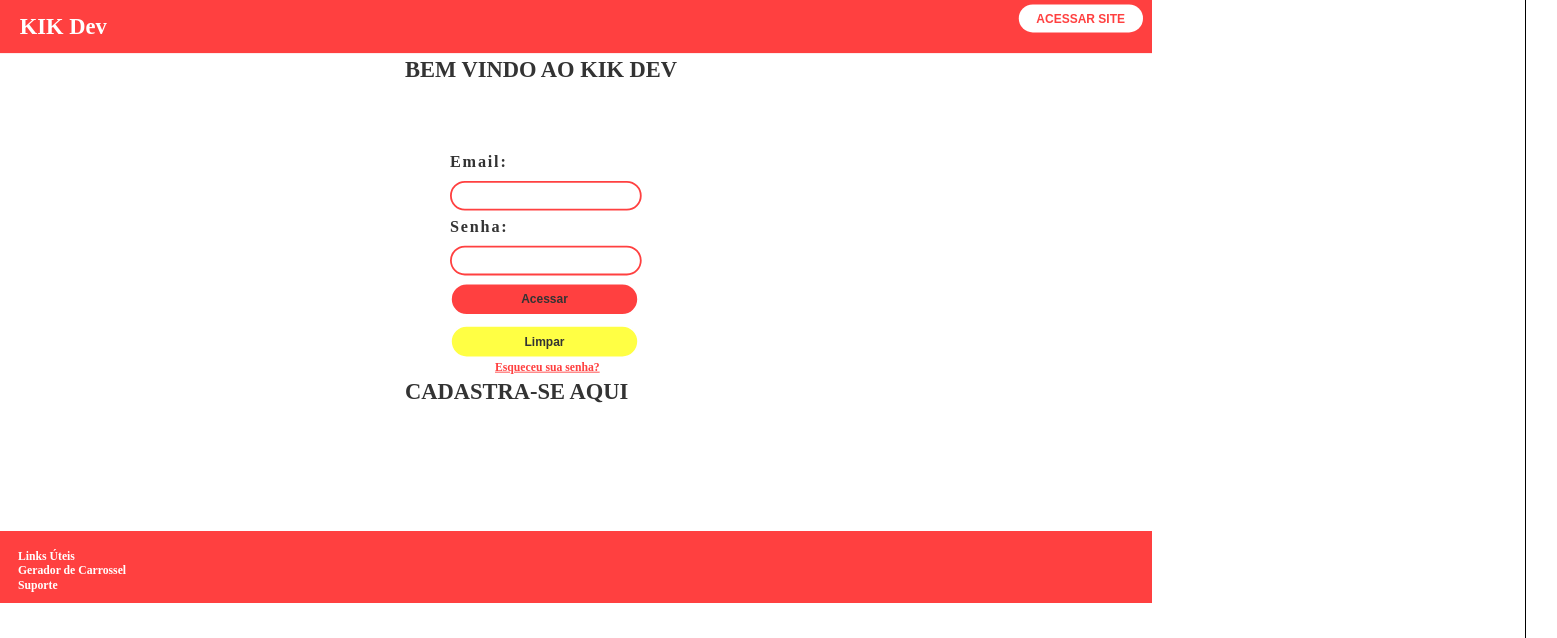
Repository: devgabrielvieira/kikdev
Page: index.html
An editor plug-in stored every save of this project. The page is shown before and after a run of saves, followed by the edit.
The browser window is 1280 px wide. The page is 1730 px wide, then 1280 px, so the pictures cover 1730 px, including what lies to the right of the window. The pictures show the whole page, at 90% of full size.

Above is the page before, as saved 2022-10-30 20:48:29.

### index.html
<!DOCTYPE html>
<html lang="pt-br">

<head>
    <meta charset="UTF-8">
    <meta http-equiv="X-UA-Compatible" content="IE=edge">
    <meta name="viewport" content="width=device-width, initial-scale=1.0">
    <link rel="shortcut icon" href="imagens/favicon.ico" type="image/x-icon">
    <link rel="stylesheet" href="style.css">
    <link rel="stylesheet" href="style-mobile.css">
    <script src="script_processo.js"></script>
    <title>KIK Dev</title>

</head>

<body id="pag_processos" onload="dimensaoTela()">

    <div class="header-index">
        <a href="#Default" class="logo">KIK Dev</a>

        <button type="submit" name="name" class="button-right"><strong>ACESSAR SITE</strong></a></button>

    </div>
    <h3>BEM VINDO AO KIK DEV</h3>
    <div class="conteudo">
        <!--abrimos a div conteúdo-->

        <div class="login">
            <label for="username">Email:</label>
            <input type="text" id="username" name="username">
            <label for="pass">Senha:</label>
            <input type="password" id="pass" name="password" minlength="8" required>
            <input class="btn-acessar" type="submit" value="Acessar">
            <input class="btn-limpar" type="reset" value="Limpar">
        </div>
        <a href="recuperar-senha.html" target="_self" rel="next" class="href">Esqueceu sua senha?</a>

    <h3>CADASTRA-SE AQUI</h3>
    </div>
    <!--aqui fechamos a div conteudo-->

    <footer class="footer">
        <strong>
            <p>Links Úteis</p>
        </strong>
        <strong>
            <p>Gerador de Carrossel</p>
        </strong>
        <strong>
            <p>Suporte</p>
        </strong>
    </footer>

</body>

</html>

### style.css
@charset "UTF-8";

* {
  margin: 0;
  padding: 0;
}

html {
  margin: 0;
  padding: 0;
}

.header {
  overflow: hidden;
  background-color: #ff4040;
  padding: 20px 10px;
}

.header a {
  float: left;
  color: #fff;
  text-align: center;
  padding: 12px;
  text-decoration: none;
  font-size: 18px;
  line-height: 25px;
  border-radius: 4px;
}

.header a.logo {
  font-size: 25px;
  font-weight: bold;
}

.header a:hover {
  background-color: #ddd;
  color: #333333;
}

.header a.active {
  background-color: #d8d7d7;
  color: #fff;
}

.header-right {
  float: right;
}

.button-right {
  float: right;
  padding: 8px 20px;
  border: #d8d7d7;
  border-radius: 50px;
  color: #ff4040;
  background-color: #fff;
}

.header-index {
  overflow: hidden;
  background-color: #ff4040;
  padding: 5px 10px;
}

.header-index a {
  float: left;
  color: #fff;
  text-align: center;
  padding: 12px;
  text-decoration: none;
  font-size: 18px;
  line-height: 25px;
  border-radius: 4px;
}

.header-index a.logo {
  font-size: 25px;
  font-weight: bold;
}

.header-index a:hover {
  background-color: #ddd;
  color: #333333;
}

.header-index a.active {
  background-color: #d8d7d7;
  color: #fff;
}

.conteudo {
  width: 100%;
  height: 450px;
  overflow: hidden;
  background-color: #fff;
}

/* .conteudo img {
    width: 100%;
    background-color: #fff;
    margin: 2px 0 0 0;
    padding: 0;
    position: relative;
    height: 15.5rem;
} */

.footer {
  width: auto;
  background-color: #ff4040;
  padding: 20px 10px;
  position: relative;
  height: 2.5rem;
  bottom: -50px;
}

p {
  font-size: 13px;
  margin: 0 0 0 10px;
  float: none;
  overflow: hidden;
  color: #fff;
}

label {
  margin: 10px 50px 0 500px;
  display: block;
  letter-spacing: 2px;
  font-size: 18px;
  color: #333333;
  margin-bottom: 3px;
  font-weight: bold;
}

input[type="submit"],
label {
  margin: 5px 50px 0 500px;
  margin-top: 0.5rem;
  color: #333333;
}

input {
  margin: 10px 50px 0 500px;
  caret-color: #222;
  color: #333333;
  border: 2px solid #ff4040;
  border-radius: 36px;
  padding: 7px 15px;
  text-align: center;
  font-weight: bold;
}

input:hover {
  border: 2px solid #a0a0a0;
}

.login {
  margin: 80px 0 0 0;
  width: -100%;
}

.btn-acessar {
  margin: 10px 50px 0 500px;
  background: #ff4040;
  border: 2px solid #fff;
  padding: 9px 15px;
  width: 210px;
  max-width: 100%;
}

.btn-limpar {
  margin: 10px 50px 0 500px;
  background: #ff4;
  border: 2px solid #fff;
  padding: 9px 15px;
  width: 210px;
  max-width: 100%;
}

.href {
  margin: 10px 50px 0 500px;
  padding: 19px 50px;
  font-size: 13px;
  font-weight: bold;
  color: #ff4040;
  text-align: center;
  max-width: 100%;
}

h3 {
  font-size: 25px;
  width: 100%;
  display: inline-block;
  /* margin: 5px 0 auto 450px; */
  margin-top: 5px;
  margin-left: 450px;
  margin-bottom: -500px;
  color: #333333;
}

### style-mobile.css
@charset "UTF-8";

@media screen and (max-width: 1200px) {
  * {
    margin: 0;
    padding: 0;
  }

  html {
    margin: 0;
    padding: 0;
  }

  .header-index {
    overflow: hidden;
    background-color: #ff4040;
    padding: 10px 15px;
    height: 5.5rem;
    width: 100%;
  }

  .header a {
    float: none;
    display: block;
    text-align: left;
  }

  .header-index a {
    float: none;
    display: block;
    text-align: left;
  }

  .header-right {
    float: none;
  }

  .button-right {
    float: none;
  }

  .footer {
    float: none;
    bottom: -280px;
    overflow: hidden;
    padding: 10px 15px;
    height: 5.5rem;
    width: 100%;
  }

  /* .conteudo img {
        float: none;
        display: block;
        position: absolute;
        width: 100%;
        background-color: #fff;
        margin: 2px 0 0 0;
        height: 10rem;
    } */

  .login {
    width: 50%;
    display: inline-block;
  }

  label {
    margin-left: 50%;
    margin-bottom: 3px;
    display: block;
    letter-spacing: 2px;
    font-size: 18px;
    color: #333333;
    font-weight: bold;
  }

  input[type="submit"],
  label {
    margin-left: 50%;
    margin-top: 0.5rem;
    color: #333333;
  }

  input {
    margin-left: 50%;
    caret-color: #222;
    color: #333333;
    border: 2px solid #ff4040;
    border-radius: 36px;
    padding: 7px 15px;
    text-align: center;
    font-weight: bold;
  }

  input:hover {
    border: 2px solid #a0a0a0;
  }

  .href {
    margin-left: 30%;
    font-size: 13px;
    font-weight: bold;
    color: #ff4040;
    text-align: center;
    width: 100%;
    padding: 2rem;
  }

  .btn-acessar {
    margin-left: 50%;
    margin-right: 50%;
    background: #ff4040;
    border: 2px solid #fff;
    padding: 9px 15px;
    width: 210px;
    max-width: 100%;
  }

  .btn-limpar {
    margin-left: 50%;
    margin-right: 50%;
    background: #ff4;
    border: 2px solid #fff;
    padding: 9px 15px;
    width: 210px;
    max-width: 100%;
  }

  h3 {
    font-size: 25px;
    width: 100%;
    display: inline-block;
    margin-bottom: 0.1rem;
    margin-left: 15%;
    color: #333333;

  }
}

### script_processo.js
function dimensaoTela(){
    var heightTela = window.innerHeight;
    var widthTela = window.innerWidth;

    document.getElementById('pag_processos').style.minHeight = heightTela+'px';
}

After the next 3 saves:
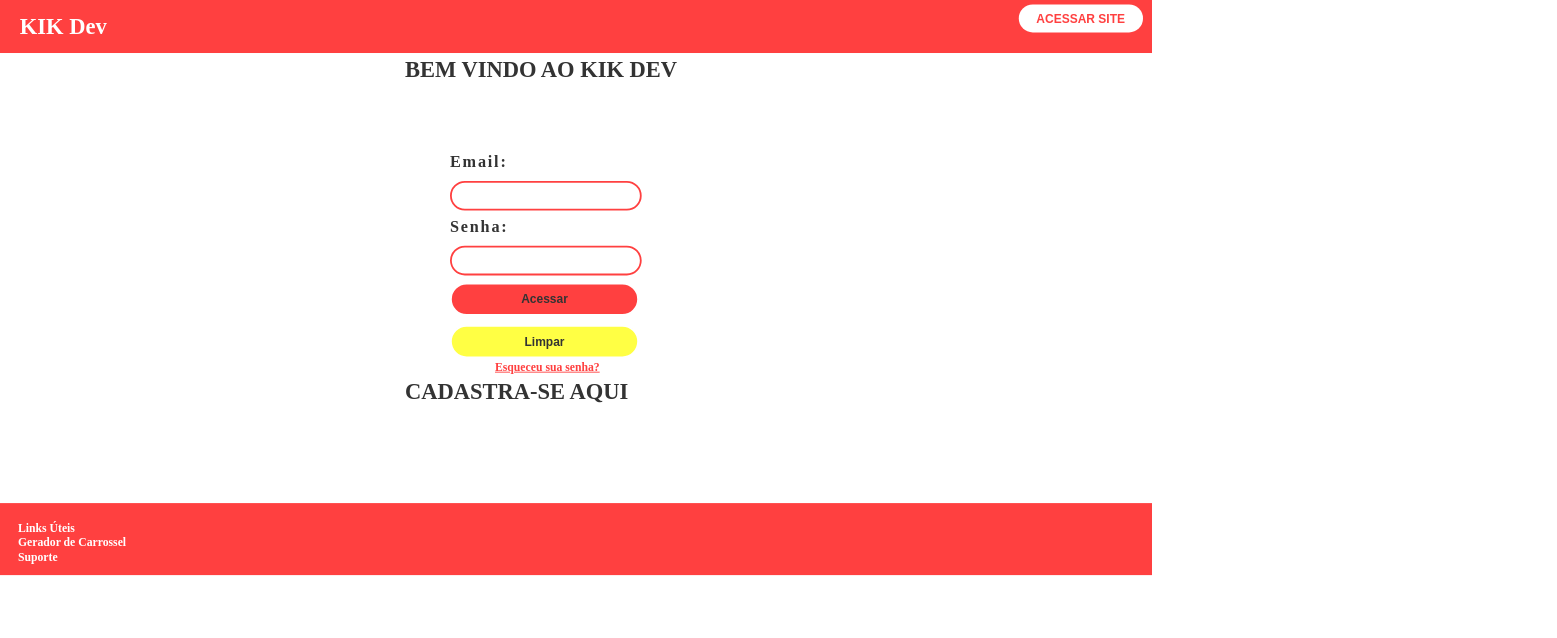
The 3 saves are shown as one change because they came seconds apart.
The last was saved 11 s later.
--- a/index.html
+++ b/index.html
@@ -21,10 +21,11 @@
         <button type="submit" name="name" class="button-right"><strong>ACESSAR SITE</strong></a></button>
 
     </div>
-    <h3>BEM VINDO AO KIK DEV</h3>
+
     <div class="conteudo">
         <!--abrimos a div conteúdo-->
 
+        <h3>BEM VINDO AO KIK DEV</h3>
         <div class="login">
             <label for="username">Email:</label>
             <input type="text" id="username" name="username">
